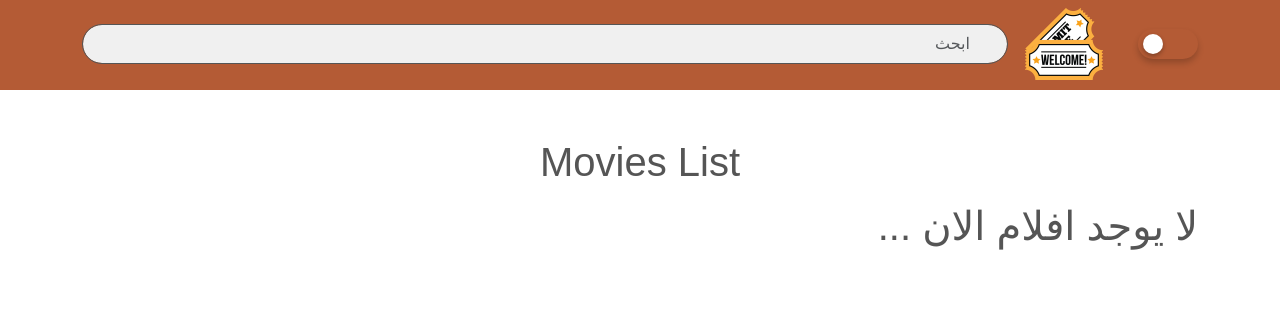
Repository: kerlos-alfy/Movie-List
Page: /
These files come from the project's save history. The page is drawn as it stood at one moment and after the next save; the edit follows.
The browser window is 1280 px wide. The pictures show the whole page.
The page's requests for data from a server got no answer. The project was rebuilt for these pictures with package versions that can differ from the ones it lists, and the page was loaded fresh each time. No one was signed in, and anything a server would have sent is missing. Also part of the build but not shown: vite.config.js, src/App.css, src/components/CardMovie.jsx.

Above is the page before, as saved 2025-01-16 02:05:53.

After the next save:
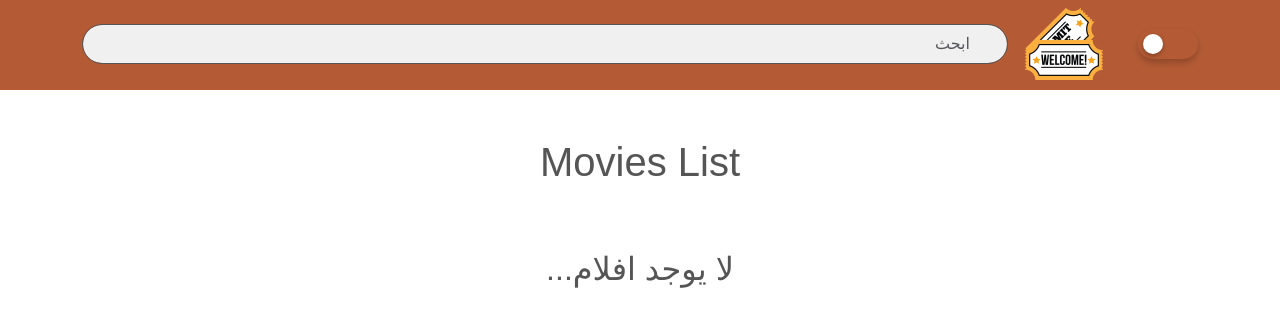
Saved 36 s later.
--- a/src/components/MoviesList.jsx
+++ b/src/components/MoviesList.jsx
@@ -3,7 +3,15 @@ import { Row } from "react-bootstrap";
 import CardMovie from "./CardMovie";
 function MoviesList({ movies }) {
 	return (
-		<Row className="mt-3">{movies.length >= 1 ? movies.map((movie) => <CardMovie key={movie.id} movies={movie} />) : <h1>لا يوجد افلام الان ...</h1>}</Row>
+		<Row className="mt-3">
+			{movies.length >= 1 ? (
+				movies.map((mov) => {
+					return <CardMovie key={mov.id} mov={mov} />;
+				})
+			) : (
+				<h2 className="text-center p-5">لا يوجد افلام...</h2>
+			)}
+		</Row>
 	);
 }
 
